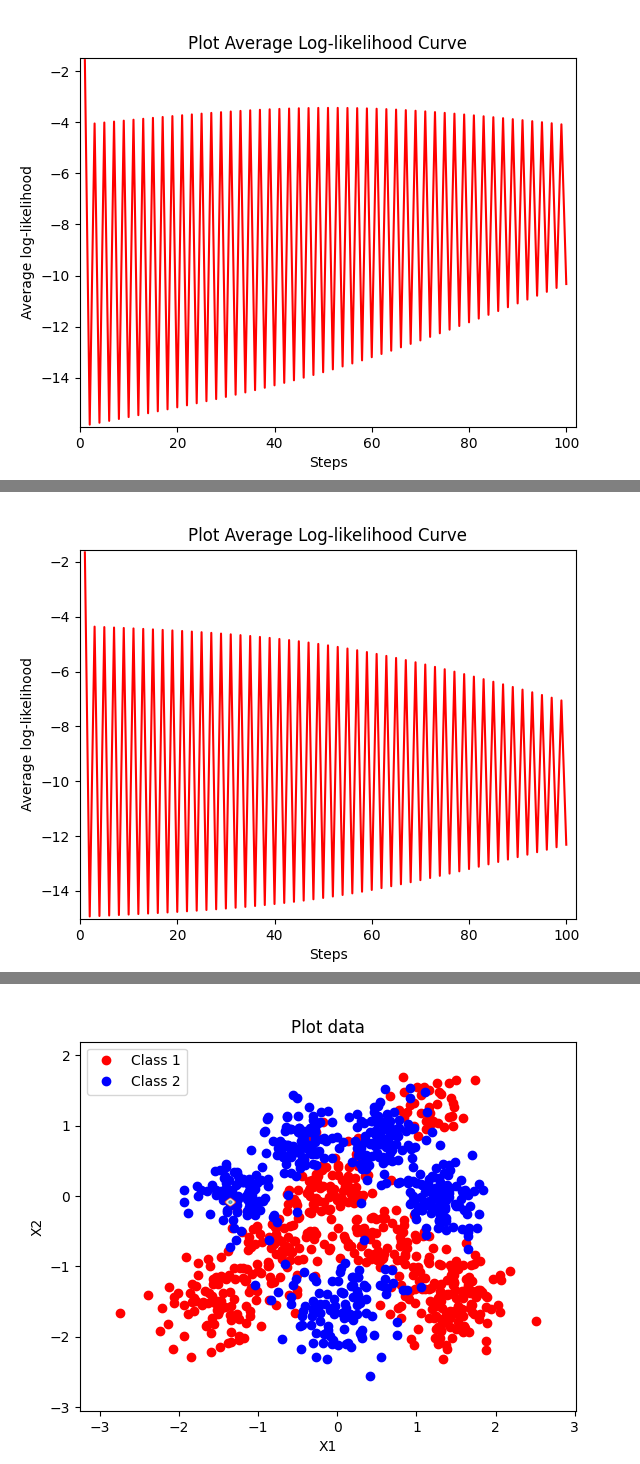
Repository: DhruvTrehan03/3F8
Script's output: python Lab.py
These files come from the project's save history. The script's output is drawn as it stood at one moment and after the next save; the edit follows.
Each picture stacks the figures in order, with grey between them; figures that are only written to a file come last. Random numbers start from a fixed seed.

Above is the script's output before, as saved 2024-02-16 12:49:58.

After the next save:
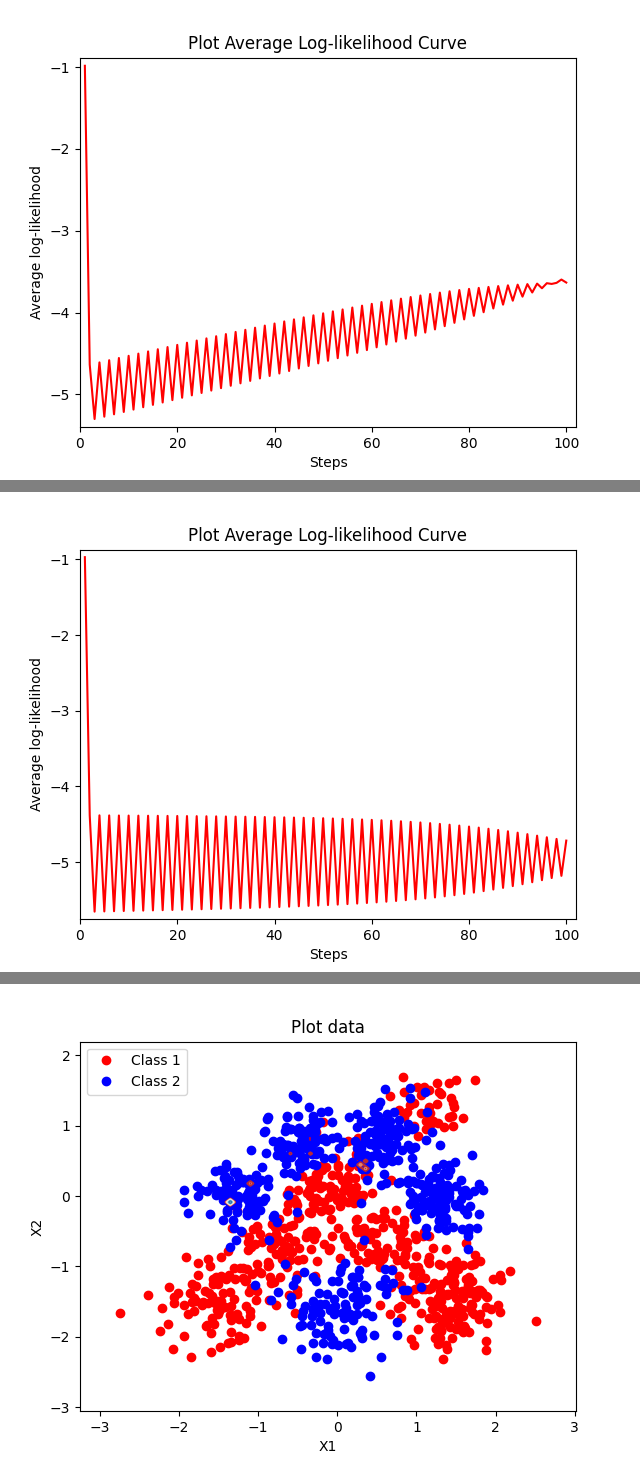
Saved 24 s later.
--- a/Lab.py
+++ b/Lab.py
@@ -131,7 +131,7 @@ X_tilde_test = get_x_tilde(evaluate_basis_functions(l, X_test, X_train))
 
 # We train the new classifier on the feature expanded inputs
 
-alpha = 0.1 # Learning rate for gradient-based optimisation with basis functions. To be completed by the student
+alpha = 0.05 # Learning rate for gradient-based optimisation with basis functions. To be completed by the student
 n_steps = 100 # Number of steps of gradient-based optimisation with basis functions. To be completed by the student
 
 w, ll_train, ll_test = fit_w(X_tilde_train, y_train, X_tilde_test, y_test, n_steps, alpha)
